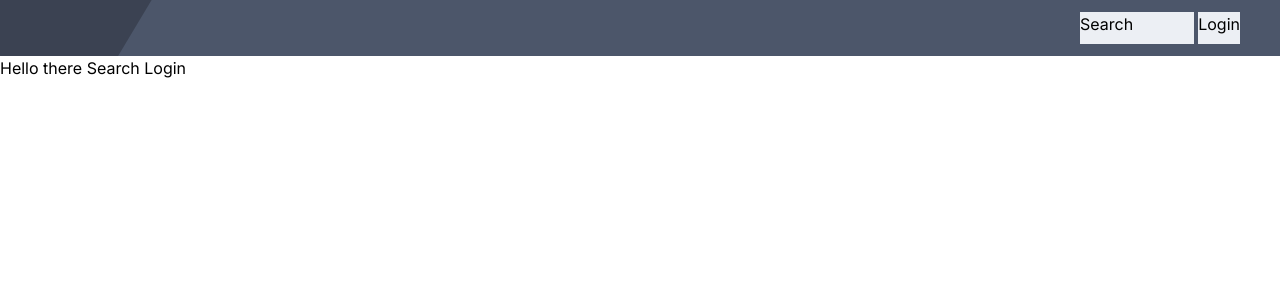
Repository: Qu4ntumGuy/project-bug
Page: /
The author's editor kept a copy of each file at every save. The page is drawn from the files as they stood at one save, then again after the next save.
The browser window is 1280 px wide. The pictures show the whole page.
The project was rebuilt for these pictures with package versions that can differ from the ones it lists, and the page was loaded fresh each time. The framework's server and built-in components were replaced by stand-ins that run in the browser. Also part of the build but not shown: next.config.mjs.

Above is the page before, as saved 2024-02-11 22:21:44.

After the next save:
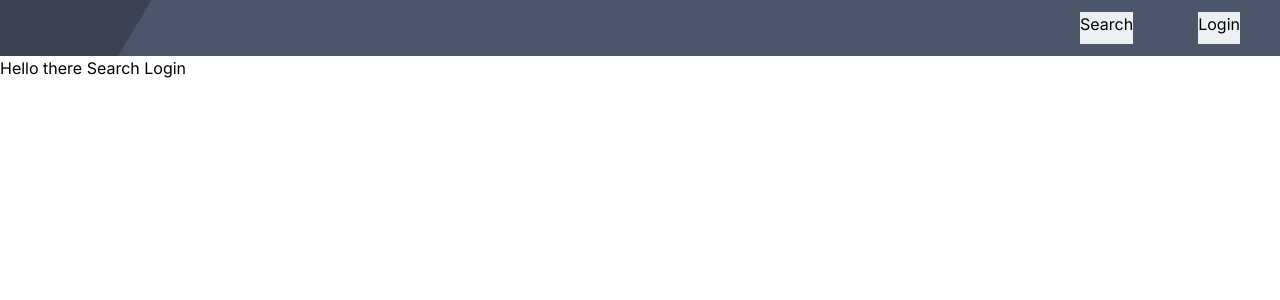
Saved 7 s later.
--- a/src/components/Navbar.js
+++ b/src/components/Navbar.js
@@ -13,7 +13,7 @@ export default function Navbar() {
         />
       </div>
       <ul className="flex m-3 w-40 mr-10 justify-between">
-        <li className="bg-[#ECEFF4] w-full mr-1">
+        <li className="bg-[#ECEFF4] mr-1">
           <a href="/search">Search</a>
         </li>
         <li className="bg-[#ECEFF4]">
